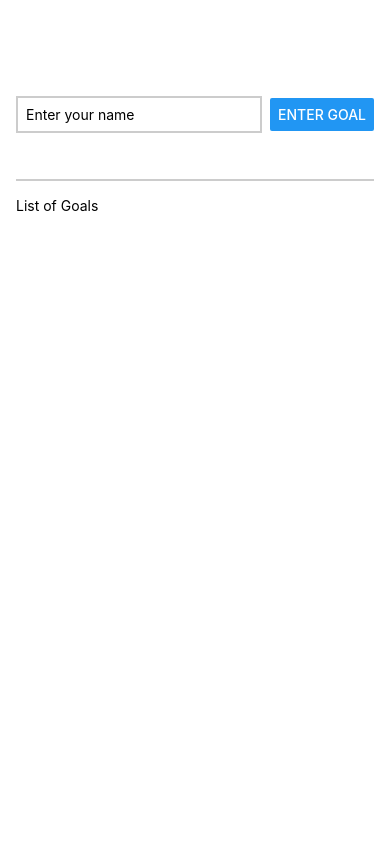
Repository: thezaidbintariq/RNCourse
Screen: /
These files come from the project's save history. The screen is drawn as it stood at one moment and after a run of saves; the edit follows.
The app was drawn by React Native's web renderer in a window 390 px wide. The project was rebuilt for these pictures with package versions that can differ from the ones it lists, and the page was loaded fresh each time.

Above is the screen before, as saved 2022-08-09 15:53:42.

After the next 2 saves:
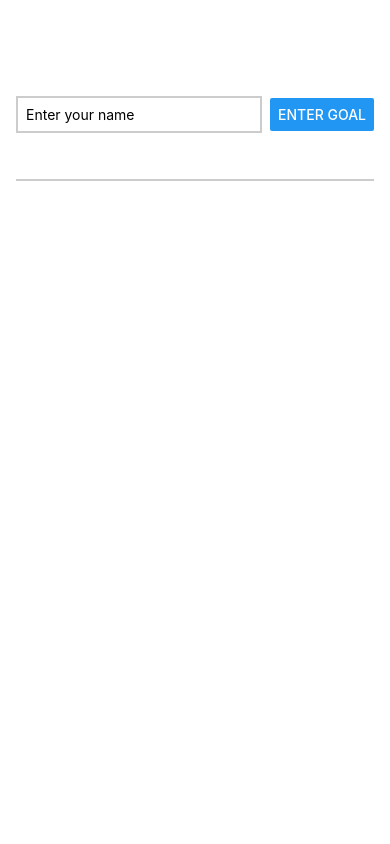
The 2 saves are shown as one change because they came seconds apart.
The last was saved 11 s later.
--- a/App.js
+++ b/App.js
@@ -21,7 +21,7 @@ export default function App() {
         <Button title="Enter Goal" onPress={addGoalHandler}/>
       </View>
       <View style={styles.goalsContainer}>
-        <Text>List of Goals</Text>
+        {}
       </View>
     </View>
   );
